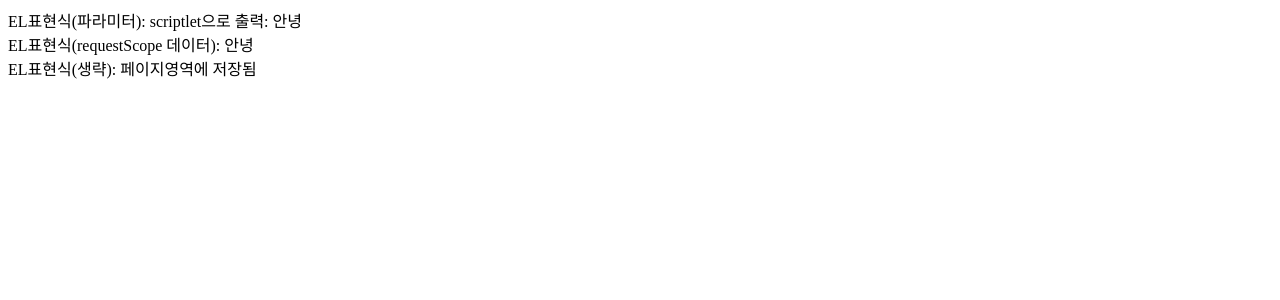
Repository: Heo-sh/Web_Development
Page: http://localhost/Ex_0419_EL/ex01_el.jsp
These files come from the project's save history. The page is drawn as it stood at one moment and after the next save; the edit follows.
The browser window is 1280 px wide. The pictures show the whole page.
The page is served by Tomcat 9. Other server files are loaded and not shown.

Above is the page before, as saved 2023-04-19 06:27:46.

### Ex_0419_EL/WebContent/ex01_el.jsp
<%@ page language="java" contentType="text/html; charset=UTF-8"
    pageEncoding="UTF-8"%>

<%
	/*
	EL(Expression Language)
	- JSP에서 사용하는 표현식을 조금 더 간결하게 사용하기 위한 표현식
	- ${변수명}

	EL의 내장 객체
	1. page Scope
		- 저장된 데이터를 현재 페이지에서만 공유하고 사용한다.
		- java로 따지면 private와 유사하지만 너무 폐쇄적이라 잘 사용되지 않는다.
	2. request Scope
		- 가장 많이 사용되는 객체
		- 지역변수와 같은 개념으로 페이지가 닫히면 종료된다.
		- 같은 request라면 두 개의 페이지가 같은 요청을 공유할 수 있다.
		- request는 객체를 하나 또는 두 개의 페이지 내에서 공유할 수 있다.
	3. session Scope
		- 전역변수와 같은 개념
		- tomcat이 실행될 때 자동으로 만들어지는 영역
		- session영역은 하나의 웹 브라우저당 1개의 session객체가 생성된다.
		- 같은 웹 브라우저 내에서는 요청되는 페이지들은 같은 객체를 공유하게 된다.
	4. application Scope
		- 최소한 내가 만든 프로젝트 내의 모든 jsp에서 값을 공유하는 게 가능하다.
		- application객체는 하나의 웹 어플리케이션 당 1개의 객체가 생성된다.
		- 같은 웹 어플리케이션에 요청되는 페이지들은 같은 객체를 공유한다.
	*/

	String msg = "안녕";

	pageContext.setAttribute("key1", "페이지영역에 저장됨");

	request.setAttribute("key1", msg);

	session.setAttribute("key1", "세션에 저장됨");

%>

<!DOCTYPE html>
<html>
	<head>
		<meta charset="UTF-8">
		<title>Insert title here</title>
	</head>
	<body>
		EL표현식(파라미터): ${param.name}
		scriptlet으로 출력: <%= msg %> <br>
		EL표현식(requestScope 데이터): ${requestScope.key1}<br>
		EL표현식(생략): ${key1}<br>

		<!--
		키값이 겹치게 된다면 나타나는 순서
		1. pageScope
		2. requestScope
		3. sessionScope
		4. applicationScope
		-->
	</body>
</html>

After the next save:
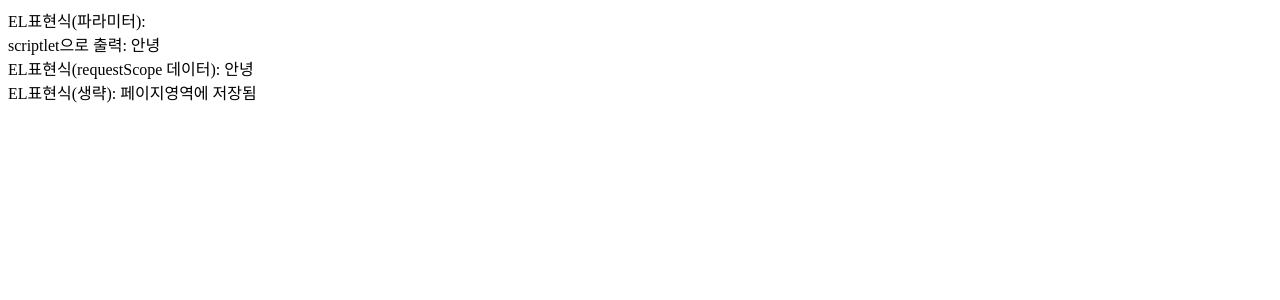
Saved 8 s later.
--- a/Ex_0419_EL/WebContent/ex01_el.jsp
+++ b/Ex_0419_EL/WebContent/ex01_el.jsp
@@ -44,7 +44,7 @@
 		<title>Insert title here</title>
 	</head>
 	<body>
-		EL표현식(파라미터): ${param.name}
+		EL표현식(파라미터): ${param.name}<br>
 		scriptlet으로 출력: <%= msg %> <br>
 		EL표현식(requestScope 데이터): ${requestScope.key1}<br>
 		EL표현식(생략): ${key1}<br>
